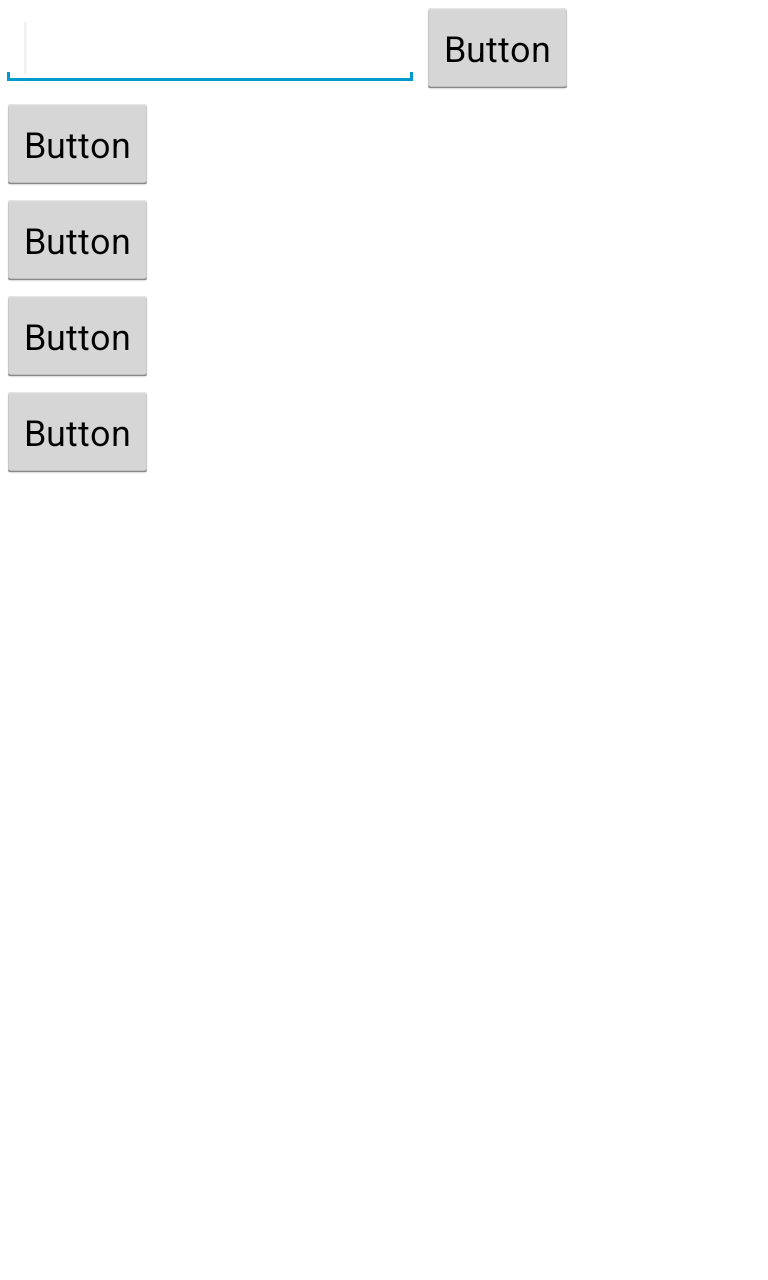
Repository: pcombi/android_dev
Layout: ExampleApp/res/layout/simplebrowser.xml
The author's editor kept a copy of each file at every save. The layout is drawn from the files as they stood at one save, then again after the next save.
It is drawn on a 768 x 1280 px phone screen (xhdpi) without system bars, with theme AppTheme; the app's code is not run.

Above is the layout before, as saved 2012-12-24 23:13:52.

### ExampleApp/res/layout/simplebrowser.xml
<?xml version="1.0" encoding="utf-8"?>
<LinearLayout xmlns:android="http://schemas.android.com/apk/res/android"
    android:layout_width="match_parent"
    android:layout_height="match_parent"
    android:orientation="vertical" >

    <LinearLayout
        xmlns:android="http://schemas.android.com/apk/res/android"
        android:layout_width="wrap_content"
        android:layout_height="wrap_content"
        android:orientation="horizontal"
        android:weightSum="10" >

        <EditText
            android:id="@+id/editText1"
            android:layout_width="match_parent"
            android:layout_height="wrap_content"
            android:layout_weight="2"
            android:ems="10" >

            <requestFocus />
        </EditText>

        <Button
            android:id="@+id/button3"
            android:layout_width="wrap_content"
            android:layout_height="wrap_content"
            android:layout_weight="8"
            android:text="Button" />

    </LinearLayout>

    <Button
        android:id="@+id/button2"
        android:layout_width="wrap_content"
        android:layout_height="wrap_content"
        android:text="Button" />

    <Button
        android:id="@+id/button1"
        android:layout_width="wrap_content"
        android:layout_height="wrap_content"
        android:text="Button" />

    <Button
        android:id="@+id/button4"
        android:layout_width="wrap_content"
        android:layout_height="wrap_content"
        android:text="Button" />

    <Button
        android:id="@+id/button5"
        android:layout_width="wrap_content"
        android:layout_height="wrap_content"
        android:text="Button" />

</LinearLayout>

Loaded but not shown: ExampleApp/res/values/styles.xml (common file); ExampleApp/res/values-v11/styles.xml (common file); ExampleApp/res/values-v14/styles.xml (common file)

After the next save:
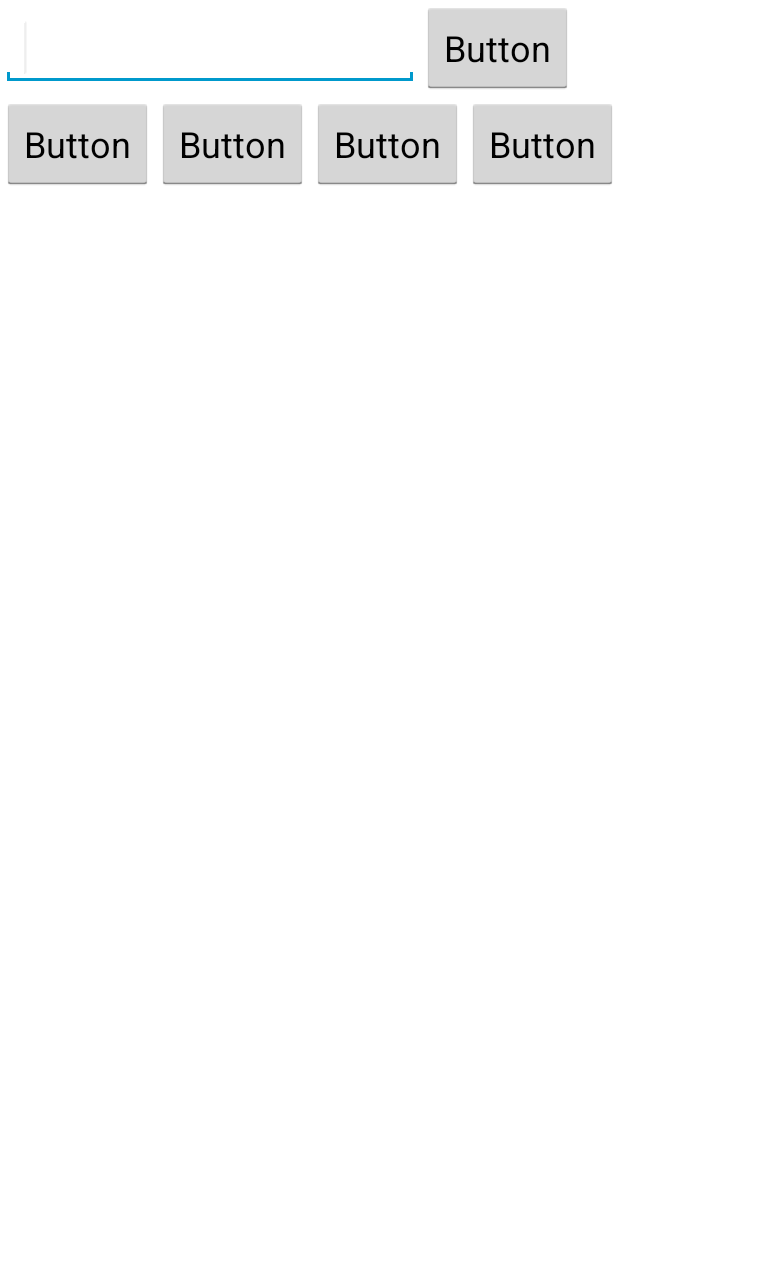
Saved 69 s later.
--- a/ExampleApp/res/layout/simplebrowser.xml
+++ b/ExampleApp/res/layout/simplebrowser.xml
@@ -27,31 +27,42 @@
             android:layout_height="wrap_content"
             android:layout_weight="8"
             android:text="Button" />
-
     </LinearLayout>
 
-    <Button
-        android:id="@+id/button2"
+    <LinearLayout
+        xmlns:android="http://schemas.android.com/apk/res/android"
         android:layout_width="wrap_content"
         android:layout_height="wrap_content"
-        android:text="Button" />
+        android:orientation="horizontal"
+        android:weightSum="8" >
 
-    <Button
-        android:id="@+id/button1"
-        android:layout_width="wrap_content"
-        android:layout_height="wrap_content"
-        android:text="Button" />
+        <Button
+            android:id="@+id/button2"
+            android:layout_width="wrap_content"
+            android:layout_height="wrap_content"
+            android:layout_weight="2"
+            android:text="Button" />
 
-    <Button
-        android:id="@+id/button4"
-        android:layout_width="wrap_content"
-        android:layout_height="wrap_content"
-        android:text="Button" />
+        <Button
+            android:id="@+id/button1"
+            android:layout_width="wrap_content"
+            android:layout_height="wrap_content"
+            android:layout_weight="2"
+            android:text="Button" />
 
-    <Button
-        android:id="@+id/button5"
-        android:layout_width="wrap_content"
-        android:layout_height="wrap_content"
-        android:text="Button" />
+        <Button
+            android:id="@+id/button4"
+            android:layout_width="wrap_content"
+            android:layout_height="wrap_content"
+            android:layout_weight="2"
+            android:text="Button" />
+
+        <Button
+            android:id="@+id/button5"
+            android:layout_width="wrap_content"
+            android:layout_height="wrap_content"
+            android:layout_weight="2"
+            android:text="Button" />
+    </LinearLayout>
 
 </LinearLayout>
